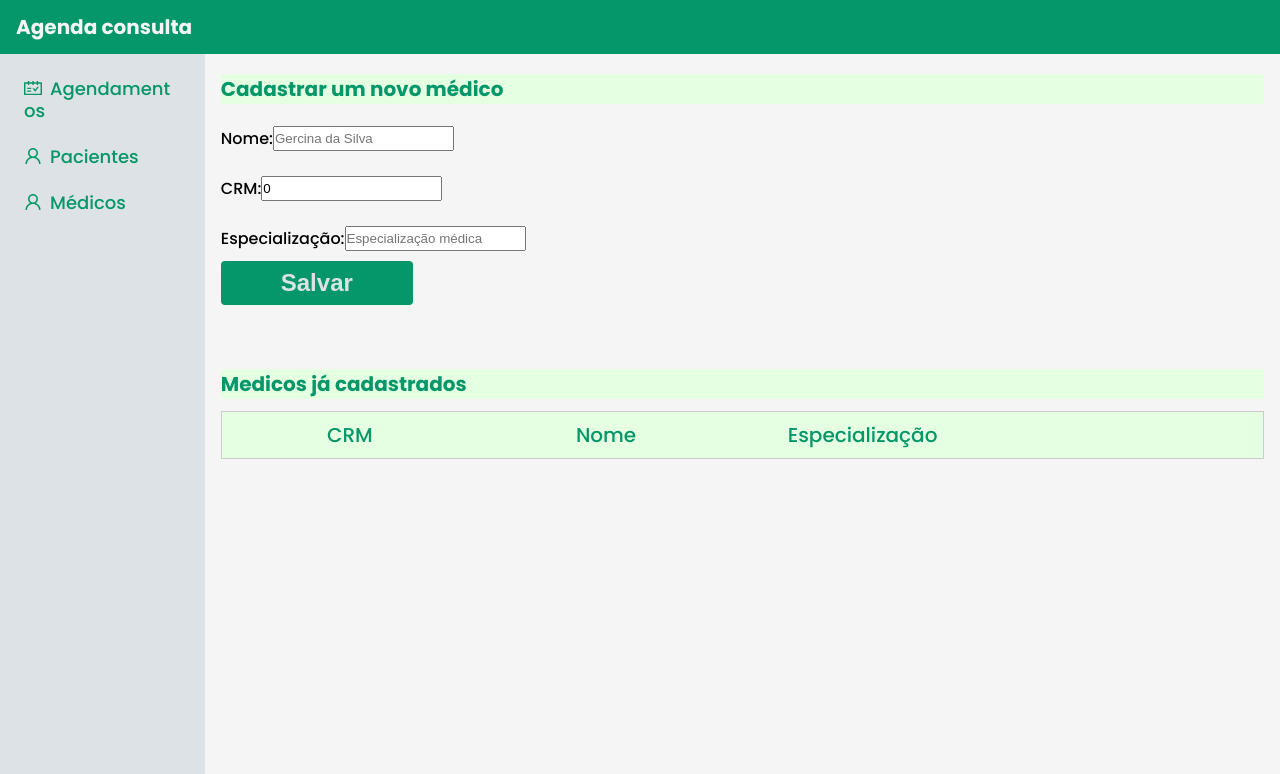
Repository: BarbaraCD/agendaconsulta
Page: /doctors
These files come from the project's save history. The page is drawn as it stood at one moment and after the next save; the edit follows.
The browser window is 1280 px wide. The pictures show the whole page.
The page's requests for data from a server got no answer. The project was rebuilt for these pictures with package versions that can differ from the ones it lists, and the page was loaded fresh each time. No one was signed in, and anything a server would have sent is missing. Also part of the build but not shown: vite.config.ts, src/styles/StyleList.ts, src/components/Doctors.tsx, src/components/Patients.tsx, src/services/patient.services.ts, src/components/InputPatient.tsx, src/components/CreatePatient.tsx, src/services/appointment.services.ts and 3 more.

Above is the page before, as saved 2023-08-10 08:50:55.

### index.html
<!DOCTYPE html>
<html lang="en">
  <head>
    <meta charset="UTF-8" />
    <link rel="icon" type="image/svg+xml" href="/vite.svg" />
    <meta name="viewport" content="width=device-width, initial-scale=1.0" />

    <link rel="preconnect" href="https://fonts.googleapis.com">
    <link rel="preconnect" href="https://fonts.gstatic.com" crossorigin>
    <link href="https://fonts.googleapis.com/css2?family=Poppins:wght@400;500;700&display=swap" rel="stylesheet">

    <title>Agendamento de Consulta</title>
  </head>
  <body>
    <div id="root"></div>
    <script type="module" src="/src/main.tsx"></script>
  </body>
</html>

### src/main.tsx
import React from 'react'
import ReactDOM from 'react-dom/client'
import { ThemeProvider } from 'styled-components'
import GlobalStyle, { Container, Content } from './styles/global'
import { theme } from './styles/Theme.ts'
import App from './App.tsx'
import { Routes } from './routes/index.tsx'
import { Header } from './components/Header.tsx'
import { Provider } from 'react-redux'
import store from './store/index.ts'
import { BrowserRouter } from 'react-router-dom'

ReactDOM.createRoot(document.getElementById('root')!).render(
  <React.StrictMode>
    <Provider store={store}>
      <ThemeProvider theme={theme}>
        <GlobalStyle />
        <BrowserRouter>
          <Header />
          <Container>
              <App />
            <Content>
              <Routes />
            </Content>
          </Container>
        </BrowserRouter>
      </ThemeProvider>
    </Provider>
  </React.StrictMode>
)

### src/styles/global.ts
import styled, { createGlobalStyle } from 'styled-components'

export default createGlobalStyle`
  *{
    margin: 0;
    padding: 0;
    box-sizing: border-box;

  }
  body{
    height: 100%;
    font-family: 'Poppins', sans-serif;
    background: ${(props) => props.theme.colors.white};
    font-size: ${(props) => props.theme.size.xl};
  }
`

export const Container = styled.div`
  display: flex;
`

export const SidebarGlobal = styled.div`
  width: 16%;
`

export const Content = styled.div`
  flex: 1;
  margin: 0 16px;
`;

### src/styles/Theme.ts

export const theme = {
  colors: {
    primary: '#059669',
    head: '#059669B3',
    100: '#E4FFE1',

    sbcolor: '#DCE2E6',
    gray: '#41414D',
    black: '#000',
    white: '#f5f5f5',
  },

  size: {
    sm: '14px',
    md: '16px',
    lg: '18px',
    xl: '20px',
    xxl: '24px'
  }
}

### src/App.tsx
import './styles/global'
import { Sidebar } from './components/Sidebar'
import { SidebarGlobal } from './styles/global'

export default function App() {

  return (
    <SidebarGlobal>
      <Sidebar />
    </SidebarGlobal>
  )
}

### src/routes/index.tsx
import { AppRoutes } from './app.routes'

export function Routes(){
  return(
    <>
      <AppRoutes />
    </>
  )
}

### src/components/Header.tsx
import { styled } from "styled-components"

const Container = styled.div`
  background-color: ${(props) => props.theme.colors.primary};
  padding: 12px 16px;
  flex: 1;
  min-width: 80px;
  color: ${(props) => props.theme.colors.white};
  font-weight: 700;
  a{
    text-decoration: none;
    color: ${(props) => props.theme.colors.white};
    word-break: normal;
  }
`

export function Header(){
  return (
    <Container>
      <a href="/">Agenda consulta</a>
    </Container>
  )
}

### src/store/index.ts
import { configureStore, ThunkAction, Action  } from "@reduxjs/toolkit";
import appointmentReducer  from '../features/appointments/appointmentsSlice'

const store = configureStore({
  reducer: {
    appointment: appointmentReducer,
  }
})

export type RootState = ReturnType<typeof store.getState>
export type AppThunk<ReturnType = void> = ThunkAction<
  ReturnType,
  RootState,
  unknown,
  Action<string>
>;

export default store

### src/components/Sidebar.tsx
import { ScheduleOutlined, UserOutlined } from '@ant-design/icons'
import { StyledSidebar, StyledList } from '../styles/SidebarStyled'
import { Link } from 'react-router-dom'

export function Sidebar(){
  return (
    <StyledSidebar>
        <StyledList>
          <li>
            <ScheduleOutlined style={{color:'#059669'}} />
            <Link to="/appointments">Agendamentos</Link>
          </li>
          <li>
            <UserOutlined style={{color:'#059669'}} />
            <Link to="/patients">Pacientes</Link>
          </li>
          <li>
            <UserOutlined style={{color:'#059669'}} />
            <Link to="/doctors">Médicos</Link>
          </li>
        </StyledList>
    </StyledSidebar>
  )
}

### src/routes/app.routes.tsx
import { Routes, Route } from 'react-router-dom'

import { CreateDoctor } from '../components/CreateDoctor'
import { CreatePatient } from '../components/CreatePatient'
import { App } from 'antd'
import { AppointmentsCalendar } from '../components/Calendar'
import { CreateAppointments } from '../components/Appointments'

export function AppRoutes(){
  return(
    <Routes>
      <Route path='/' element={<App />} />
      <Route path='/patients' element={<CreatePatient />} />
      <Route path='/doctors' element={<CreateDoctor />} />
      <Route path='/appointments' element={<CreateAppointments />} />
      <Route path='/appointments/calendar' element={<AppointmentsCalendar />} />

    </Routes>
  )
}

### src/features/appointments/appointmentsSlice.ts
import { createSlice, PayloadAction, CaseReducer } from '@reduxjs/toolkit';
import { AppointmentsProps } from '../../components/Appointments';

interface AppointmentState {
  appointments: AppointmentsProps[];
}

const initialState: AppointmentState = {
  appointments: [],
};

const appointmentSlice = createSlice({
  name: 'appointment',
  initialState,
  reducers: {
    addAppointment: (state, action: PayloadAction<AppointmentsProps>) => {
      state.appointments.push(action.payload);
    },
  },
});

export const { addAppointment } = appointmentSlice.actions;

export type AppointmentAction = ReturnType<CaseReducer<typeof appointmentSlice.reducer>>;

export default appointmentSlice.reducer;

### src/styles/SidebarStyled.ts
import styled from 'styled-components'

export const StyledSidebar = styled.div`
  flex-direction: column;
  height: 100vh;
  background-color: ${(props) => props.theme.colors.sbcolor};
  color: ${(props) => props.theme.colors.black};
  font-size: ${(props) => props.theme.size.lg};
  font-weight: 500;
  justify-content: start;
  text-align: start;
  overflow: auto;
`

export const StyledList = styled.ul`
    flex-direction: column;
    display: flex;
    padding: 12px;
    list-style: none;

  li{
    cursor: pointer;
    padding: 12px;
    line-height: 22px;
  }

  a{
    text-decoration: none;
    color: ${(props) => props.theme.colors.primary};
    margin: 8px;
    word-break: break-all;
  }
`

### src/components/CreateDoctor.tsx
import { useEffect, useState } from 'react'
import { Doctors, DoctorsProps } from './Doctors'
import { createDoctor, deleteDoctor, getDoctors, updateDoctor } from '../services/doctor.services'
import { InputDoctors } from './InputDoctors'
import { SubmitButton } from './SubmitButton'
import { Container, Container2, Container3 }  from '../styles/CreateContainer'
import { DoctorsTypes } from '../model/doctors'


export function CreateDoctor(){

  const [doctor, setDoctors] = useState<DoctorsProps[]>([])
  const [newDoctor, setNewDoctor] = useState<DoctorsProps>({
    id: 0,
    name: '',
    specialization: '',
    crm: 0,
  })

  useEffect(() => {
    fetchDoctor().catch((error) => {
      console.error('Error fetching doctors:', error);
    });
  }, []);

  async function fetchDoctor() {
    try {
      const response: DoctorsProps[] = await getDoctors();
      setDoctors(response);
    } catch (error) {
      console.error('Error fetching Doctors:', error);
    }
  }

  async function createNewDoctor(){
    if(
      newDoctor?.name.trim() !== '' &&
      typeof newDoctor?.crm === 'number' && newDoctor?.crm > 0 &&
      newDoctor?.specialization.trim() !== ''
      ){
        try {
          if (newDoctor.id === 0) {
            await createDoctor(
              newDoctor.name,
              newDoctor.crm,
              newDoctor.specialization
            );
          } else {
            await updateDoctor(newDoctor.id, {
              name: newDoctor.name,
              crm: newDoctor.crm,
              specialization: newDoctor.specialization,
              id: 0
            });
          }
          await fetchDoctor();
          setNewDoctor({
            id: 0,
            name: '',
            crm: 0,
            specialization: ''
          });
          console.log("Médico cadastrado/atualizado com sucesso!");
        } catch (error) {
          console.log("Erro ao cadastrar/atualizar médico:", error);
        }
      } else {
        console.error("Por favor, preencha todos os campos corretamente.");
      }
    }


  const removeDoctor = async (id: number) => {
    await deleteDoctor(id)
    await fetchDoctor()
  }

  const onClickEdit = (doctors: DoctorsTypes) => {
    setNewDoctor(doctors)
  }

  return(
    <Container>
      <Container2>
        <h3>Cadastrar um novo médico</h3>
        <InputDoctors
          name={newDoctor.name}
          crm={newDoctor.crm}
          specialization={newDoctor.specialization}
          id={newDoctor.id}
          onNameChange={(value) => setNewDoctor({ ...newDoctor, name: value })}
          onCrmChange={(value) => setNewDoctor({ ...newDoctor, crm: value })}
          onSpecializationChange={(value) =>
            setNewDoctor({ ...newDoctor, specialization: value })
          }
        />

          <SubmitButton onClick={createNewDoctor}/>
      </Container2>
        <Container3>
          <h3>Medicos já cadastrados</h3>
          <table>
            <thead>
              <tr>
                <th>CRM</th>
                <th>Nome</th>
                <th>Especialização</th>
                <th> </th>
                <th> </th>
              </tr>
            </thead>
            <tbody>
              {doctor.length > 0 && (
                doctor
                  .map((doctor, index) => (
                    <Doctors
                      key={doctor.id}
                      id={index + 1}
                      crm={doctor.crm}
                      name={doctor.name}
                      specialization={doctor.specialization}
                      handleDelete = {() => removeDoctor(doctor.id)}
                      handleEdit={() => onClickEdit(doctor)}
                    />
                  ))
              )}
            </tbody>
          </table>
        </Container3>

    </Container>
  )
}

### src/services/doctor.services.ts
import axios from 'axios';
import { DoctorsProps } from '../components/Doctors'
import { api } from './ApiConfig'

export async function getDoctors(): Promise<DoctorsProps[]> {
  try {
    const response = await axios.get('http://localhost:3333/doctor');
    // eslint-disable-next-line @typescript-eslint/no-unsafe-return
    return response.data;
  } catch (error) {
    throw new Error('Erro ao obter dados dos pacientes:');
  }
}

export async function getDoctorById(id: number): Promise<DoctorsProps> {
  try {
    const response = await axios.get(`http://localhost:3333/doctor/${id}`);
    // eslint-disable-next-line @typescript-eslint/no-unsafe-return
    return response.data;
  } catch (error) {
    throw new Error('Erro ao obter dados dos Medicos:');
  }
}


export async function createDoctor(name: string, crm: number, specialization: string){
  return api.post('/doctor', {
    name,
    crm,
    specialization
  })
}

export async function updateDoctor(id: number, data: DoctorsProps){
  try {
    const response = await axios.put(`http://localhost:3333/doctor/${id}`, data);
    // eslint-disable-next-line @typescript-eslint/no-unsafe-return
    return response.data;
  } catch (error) {
    throw new Error('Erro ao obter dados dos pacientes:');
  }
}

export async function deleteDoctor(id: number) {
  return await api.delete(`/doctor/${id}`)
}

### src/components/InputDoctors.tsx
import { useState } from "react"
import { InputContainer } from "../styles/InputContainer"


interface InputDoctorsProps{
  name: string
  crm: number
  specialization: string
  id: number
  onNameChange: (value: string) => void
  onCrmChange: (value: number) => void
  onSpecializationChange: (value: string) => void
}

export function InputDoctors(props: InputDoctorsProps) {
  const [crm, setCrm] = useState<number | ''>(props.crm);

  const handleCrmChange = (event: React.ChangeEvent<HTMLInputElement>) => {
    const value = event.target.value;
    const numericValue = value.replace(/\D/g, '');
    const limitedValue = numericValue.slice(0, 5);
    setCrm(limitedValue === '' ? '' : Number(limitedValue));
    props.onCrmChange(Number(limitedValue));
  }

  return (
    <InputContainer>
        <label>
          <p>Nome:</p>
          <input
            type="text"
            name="nome"
            value={props.name}
            onChange={(event) => props.onNameChange(event.target.value)}
            placeholder='Gercina da Silva'
          />
        </label>
        <br />
        <label>
          <p>CRM:</p>
          <input
            type="text"
            name="crm"
            value={props.crm}
            onChange={handleCrmChange}
            placeholder='Número do CRM'
          />
        </label>
        <br />
        <label>
          <p>Especialização:</p>
          <input
            type="text"
            name="specialization"
            value={props.specialization}
            onChange={(event) => props.onSpecializationChange(event.target.value)}
            placeholder='Especialização médica'
          />
        </label>
    </InputContainer>
  )
}

### src/components/SubmitButton.tsx
import { styled } from "styled-components"

interface SubmitButtonProps {
  onClick: () => void
}

const StyledButton = styled.button`
  padding: 8px;
  width: 15vw;
  /* margin-left: 964px; */
  border-radius: 4px;
  color: ${(props) => props.theme.colors.sbcolor};
  border: none;
  background-color: ${(props) => props.theme.colors.primary};
  cursor: pointer;
  word-wrap: break-word;
  overflow: hidden;

  &:hover{
    color: ${(props) => props.theme.colors[100]};
  }

  p{
    font-size: ${(props) => props.theme.size.xxl};
    font-weight: 700;
  }
`

export function SubmitButton({ onClick }: SubmitButtonProps) {
  return (
    <StyledButton onClick={onClick}>
      <p>
        Salvar
      </p>
    </StyledButton>
  )
}

### src/styles/CreateContainer.ts
import styled from "styled-components"

export const Container = styled.div`

  background-color: ${(props) => props.theme.colors.white};
  justify-content: start;
  align-items: center;
`

export const Container2 = styled.div`

  padding: 20px 0;

  h3{
    font-size: ${(props) => props.theme.size.xl};
    color: ${(props) => props.theme.colors.primary};
    background-color: ${(props) => props.theme.colors[100]};
    margin-bottom: 12px;
  }

`
export const Container3 = styled.div`
  margin-top: 24px;
  flex-direction: column;
  padding: 20px 0;
  overflow: scroll;

  h3{
    font-size: ${(props) => props.theme.size.xl};
    color: ${(props) => props.theme.colors.primary};
    background-color: ${(props) => props.theme.colors[100]};
    margin-bottom: 12px;
  }

  table {
    width: 100%;
    height: auto;
    border-collapse: collapse;
    border: 1px solid #ccc;
    word-break: break-all;


    th, thead {
      padding: 8px;
      border-bottom: 1px solid #ccc;
      text-align: center;
      width: 25%;
      color: ${(props) => props.theme.colors.primary};
      background-color: ${(props) => props.theme.colors[100]};
      font-weight: 500;
    }
  }

`

### src/services/ApiConfig.ts
import axios from "axios";

export const api = axios.create({
  baseURL: 'http://localhost:3333',
})

### src/styles/InputContainer.ts
import { Input } from "antd"
import styled from "styled-components"

export const InputContainer = styled.div`

  color: ${(props) => props.theme.colors.black};
  font-size: ${(props) => props.theme.size.md};
  padding: 10px 0;
  text-transform: 'uppercase';

  h3 {
    background-color: ${(props) => props.theme.colors[100]};
    color: ${(props) => props.theme.colors.primary};
    margin-bottom: 10px;
  }

  label {
    display: flex;
    flex: 1;
    margin-right: 4px;
  }

  p{
    font-size: ${(props) => props.theme.size.md};
    font-weight: 500;
  }

`

export const StyledInput = styled(Input)`
  border: none;
  overflow: hidden;
`

After the next save:
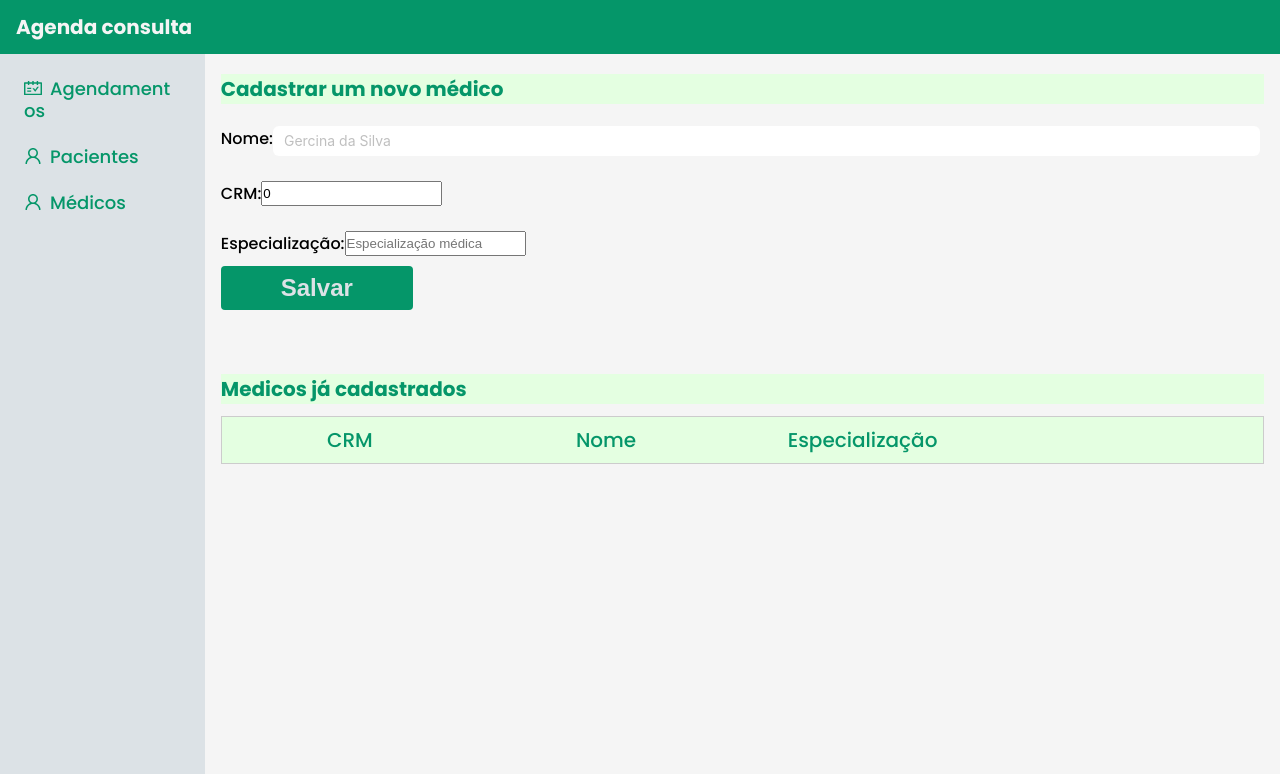
Saved 45 s later.
--- a/src/components/InputDoctors.tsx
+++ b/src/components/InputDoctors.tsx
@@ -1,5 +1,5 @@
 import { useState } from "react"
-import { InputContainer } from "../styles/InputContainer"
+import { InputContainer, StyledInput } from "../styles/InputContainer"
 
 
 interface InputDoctorsProps{
@@ -27,7 +27,7 @@ export function InputDoctors(props: InputDoctorsProps) {
     <InputContainer>
         <label>
           <p>Nome:</p>
-          <input
+          <StyledInput
             type="text"
             name="nome"
             value={props.name}
